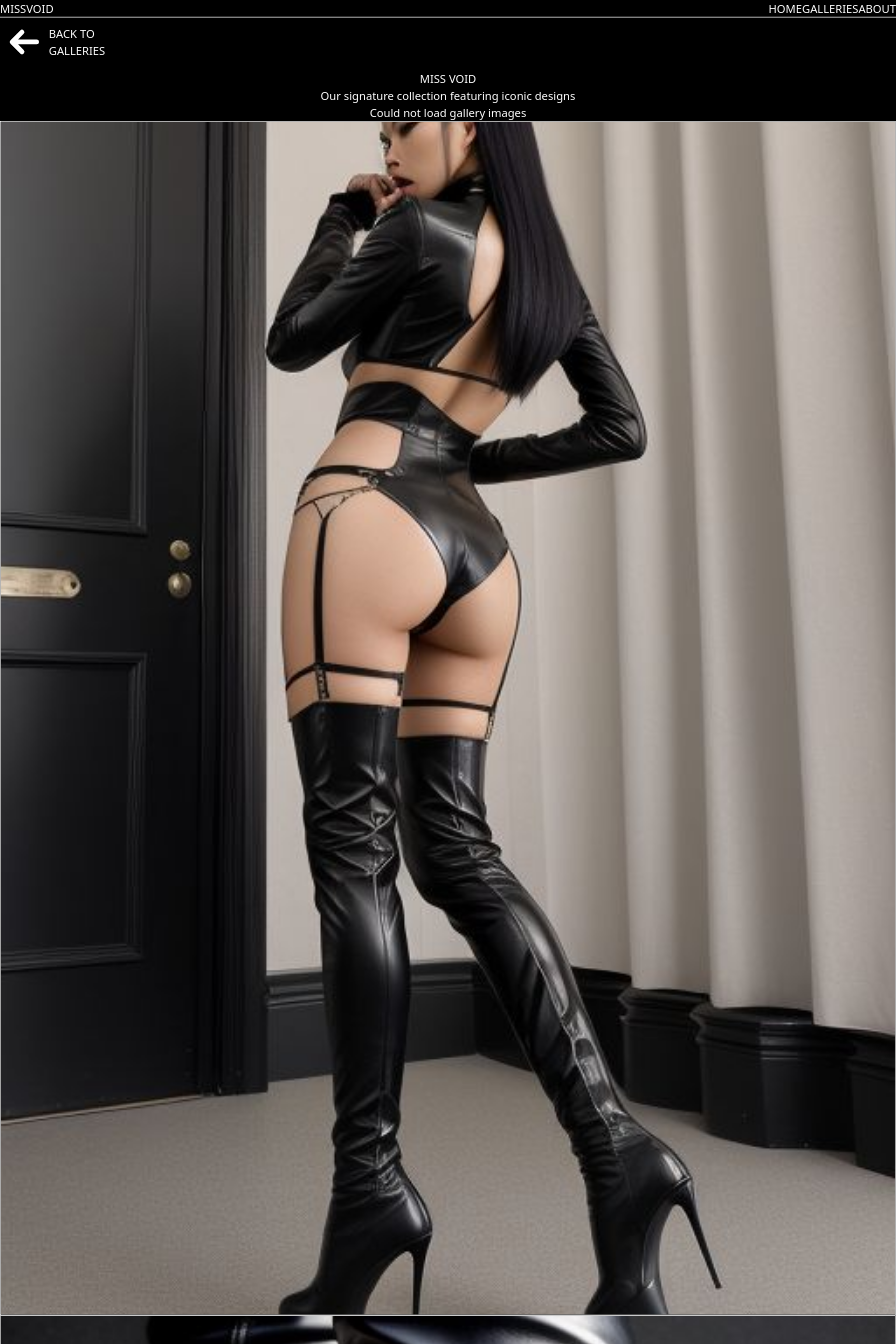
Repository: b0ase/missvoid
Page: /galleries/miss-void
These files come from the project's save history. The page is drawn as it stood at one moment and after the next save; the edit follows.
The browser window is 1280 px wide. The pictures show the part of the page from y = 0 to 1920 px (the page is 5318 px tall before and 5366 px after), at 70% of full size.
The page's requests for data from a server got no answer. The project was rebuilt for these pictures with package versions that can differ from the ones it lists, and the page was loaded fresh each time. The framework's server and built-in components were replaced by stand-ins that run in the browser. No one was signed in, and anything a server would have sent is missing. Also part of the build but not shown: next.config.ts.

Above is the page before, as saved 2025-04-10 23:43:46.

After the next save:
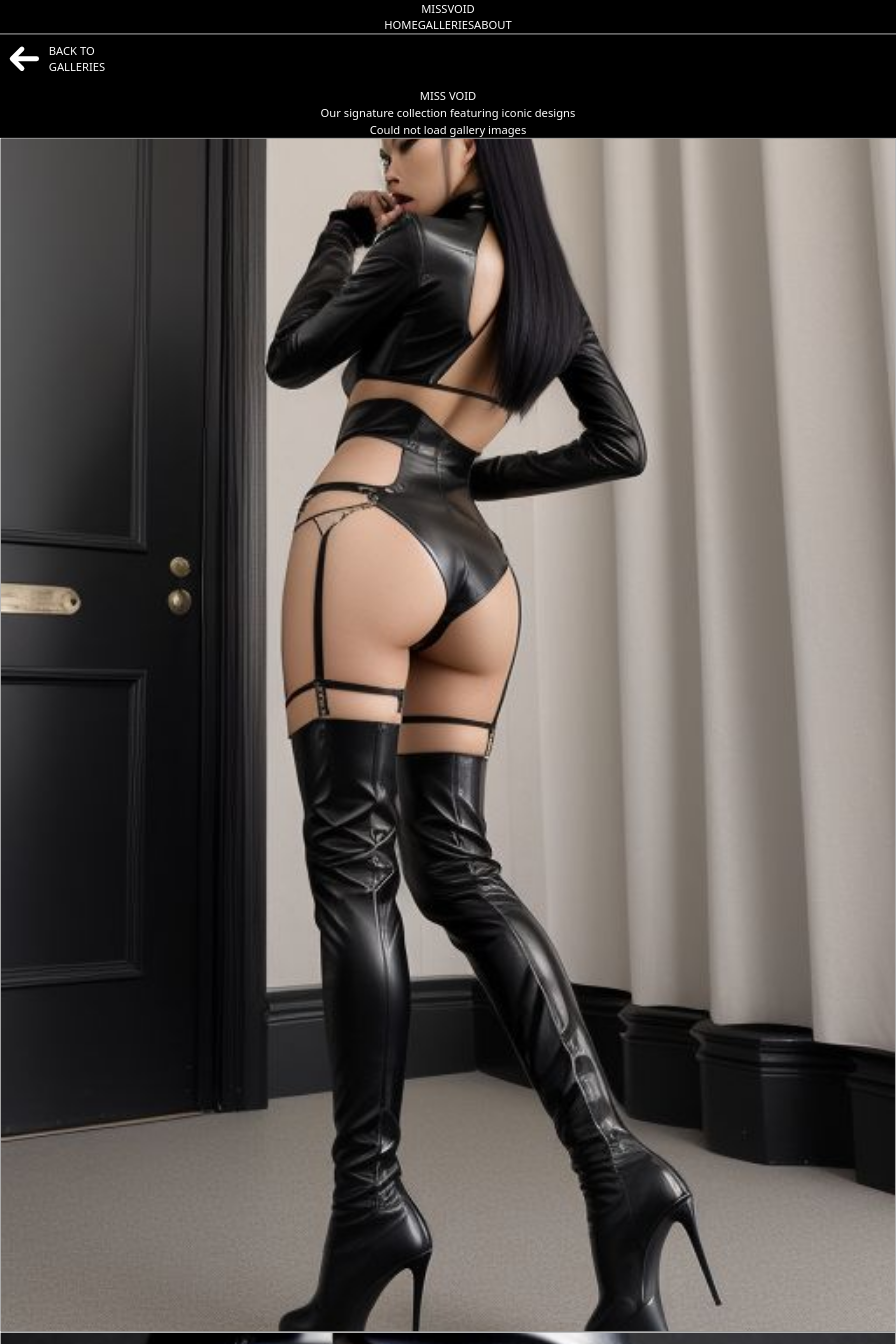
Saved 3 min 53 s later.
--- a/app/layout.tsx
+++ b/app/layout.tsx
@@ -16,12 +16,12 @@
     <html lang="en">
       <body>
         <header className="py-4 px-6 border-b border-gray-800">
-          <nav className="max-w-6xl mx-auto flex justify-between items-center">
-            <Link href="/" className="text-xl font-bold tracking-wider">MISSVOID</Link>
+          <nav className="max-w-6xl mx-auto flex flex-col sm:flex-row justify-between items-center">
+            <Link href="/" className="text-xl font-bold tracking-wider mb-4 sm:mb-0">MISSVOID</Link>
             <ul className="flex gap-6">
-              <li><Link href="/" className="hover:opacity-70">HOME</Link></li>
-              <li><Link href="/galleries" className="hover:opacity-70">GALLERIES</Link></li>
-              <li><Link href="/about" className="hover:opacity-70">ABOUT</Link></li>
+              <li><Link href="/" className="hover:opacity-70 px-2">HOME</Link></li>
+              <li><Link href="/galleries" className="hover:opacity-70 px-2">GALLERIES</Link></li>
+              <li><Link href="/about" className="hover:opacity-70 px-2">ABOUT</Link></li>
             </ul>
           </nav>
         </header>
@@ -32,8 +32,8 @@
 
         <footer className="py-6 px-6 border-t border-gray-800 bg-black">
           <div className="max-w-6xl mx-auto">
-            <div className="flex justify-between items-center">
-              <p className="text-sm">© {new Date().getFullYear()} MissVoid.Store - All Rights Reserved</p>
+            <div className="flex flex-col sm:flex-row justify-between items-center">
+              <p className="text-sm mb-4 sm:mb-0">© {new Date().getFullYear()} MissVoid.Store - All Rights Reserved</p>
               <div className="flex gap-6">
                 <Link href="/privacy-policy" className="hover:opacity-70 text-sm">Privacy Policy</Link>
               </div>
